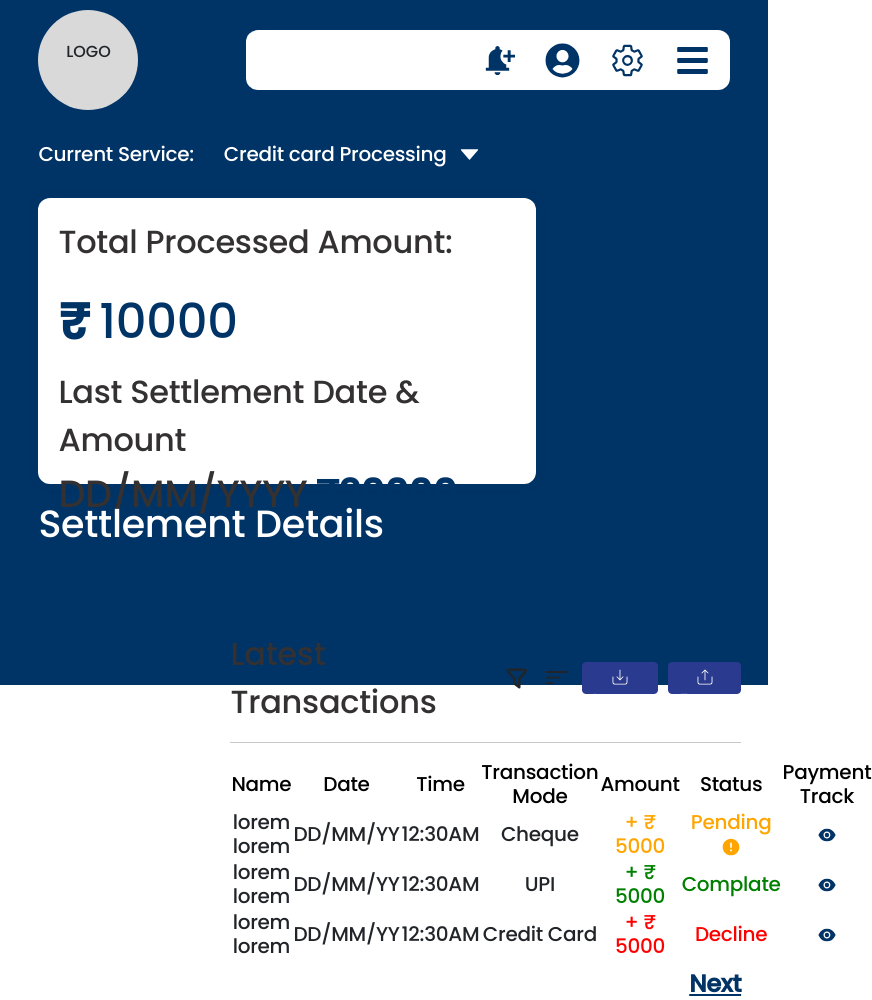
Repository: FlyweisReact/Prashant
Page: /dashboard
These files come from the project's save history. The page is drawn as it stood at one moment and after a run of saves; the edit follows.
The browser window is 768 px wide. The page is 872 px wide, so the pictures cover 872 px, including what lies to the right of the window. The pictures show the whole page.
Some web libraries are served in a nearby version. The project was rebuilt for these pictures with package versions that can differ from the ones it lists, and the page was loaded fresh each time. Also part of the build but not shown: src/Pages/CryptoPayment.jsx, src/Pages/CurrentCharge.jsx, src/Styles/Login.module.css, src/Components/Login/LoginFirstSection.jsx, src/Components/Login/LoginMainSection.jsx, src/Pages/Login.jsx, src/Pages/MatureFund.jsx, src/Pages/OpenBanking.jsx and 12 more.

Above is the page before, as saved 2023-03-23 18:30:43.

### public/index.html
<!DOCTYPE html>
<html lang="en">
  <head>
    <meta charset="utf-8" />
    <link rel="icon" href="%PUBLIC_URL%/favicon.ico" />
    <meta name="viewport" content="width=device-width, initial-scale=1" />
    <meta name="theme-color" content="#000000" />
    <meta
      name="description"
      content="Web site created using create-react-app"
    />
    <link rel="apple-touch-icon" href="%PUBLIC_URL%/logo192.png" />
    <link rel="manifest" href="%PUBLIC_URL%/manifest.json" />
    <title>React App</title>
  </head>
  <body>
    <noscript>You need to enable JavaScript to run this app.</noscript>
    <div id="root"></div>
  </body>
  <style>
    @import url("https://fonts.googleapis.com/css2?family=Lilita+One&family=PT+Sans&family=Poppins:wght@500&display=swap");
  </style>
  <script src="https://kit.fontawesome.com/b533b351e4.js" crossorigin="anonymous"></script>
</html>

### src/Routes/AllRoutes.jsx
import React from "react";
import { Route, Routes } from "react-router-dom";
import { CryptoPayment } from "../Pages/CryptoPayment";
import { CurrentCharge } from "../Pages/CurrentCharge";
import { Dashboard } from "../Pages/Dashboard";
import { Login } from "../Pages/Login";
import { MatureFund } from "../Pages/MatureFund";
import { OpenBanking } from "../Pages/OpenBanking";
import { OtpPage } from "../Pages/OtpPage";
import { Profile } from "../Pages/Profile";
import { RefundRequest } from "../Pages/RefundRequest";
import { Register } from "../Pages/Register";
import { RegisterTwo } from "../Pages/RegisterTwo";
import { RollingReserve } from "../Pages/RollingReserve";

export const AllRoutes = () => {
  return (
    <Routes>
      <Route path="/" element={<Login />} />
      <Route path="/verify-otp" element={<OtpPage />} />
      <Route path="/dashboard" element={<Dashboard />} />
      <Route path="/register" element={<Register />} />
      <Route path="/detail-register" element={<RegisterTwo />} />
      <Route path="/profile" element={<Profile />} />
      <Route path="/rolling-reserve" element={<RollingReserve />} />
      <Route path="/mature-fund" element={<MatureFund />} />
      <Route path="/refund-request" element={<RefundRequest />} />
      <Route path="/current-charge" element={<CurrentCharge />} />
      <Route path="open-banking-service" element={<OpenBanking />} />
      <Route path="/crypto-payment-proccessing" element={<CryptoPayment />} />
    </Routes>
  );
};

### src/Components/SideBar.jsx
import React from "react";
import { AiFillHome } from "react-icons/ai";
import { Link, useLocation } from "react-router-dom";
import styles from "../Styles/SideBar.module.css";
export const SideBar = () => {
  const { pathname } = useLocation();
  return (
    <div className={styles.SideBarMain}>
      <h1>Welcome Back</h1>
      <div>
        <div>
          <img
            src="https://th.bing.com/th/id/OIP.2i5UaEHaQM3PYAYXQyM1AAAAAA?pid=ImgDet&rs=1"
            alt="img"
          />
          <h1>Pooja Sharma</h1>
          <p>ID:#202031232</p>
          <div className={styles.TotalBudgetDiv}>
            <h1>&#x20b9;</h1>
            <h1>10000</h1>
          </div>
          <p>Monthly Budget</p>
        </div>
      </div>
      <div className={styles.LinkBox}>
        <Link to={"/dashboard"}>
          <div
            className={
              pathname === "/dashboard" ? styles.active : styles.unactive
            }
          >
            <AiFillHome size={25} />
            <p>Dashboard</p>
          </div>
        </Link>
        <Link to={"/rolling-reserve"}>
          <div
            className={
              pathname === "/rolling-reserve" ? styles.active : styles.unactive
            }
          >
            <p>Rolling Reserve</p>
          </div>
        </Link>
        <Link to={"/mature-fund"}>
          <div
            className={
              pathname === "/mature-fund" ? styles.active : styles.unactive
            }
          >
            <p>Mature Funds</p>
          </div>
        </Link>
        <Link to={"/refund-request"}>
          <div
            className={
              pathname === "/refund-request" ? styles.active : styles.unactive
            }
          >
            <p>Refund Request</p>
          </div>
        </Link>
        <Link to={"/current-charge"}>
          <div
            className={
              pathname === "/current-charge" ? styles.active : styles.unactive
            }
          >
            <p>Current Charge Back</p>
          </div>
        </Link>
      </div>
    </div>
  );
};

### src/Components/TotalAmountSection.jsx
import React from "react";
import styles from "../Styles/TotalAmountSection.module.css";
export const TotalAmountSection = () => {
  return (
    <div className={styles.MainDiv}>
      <h1>Total Processed Amount:</h1>
      <div className={styles.TotalBudgetDiv}>
        <h1>&#x20b9;</h1>
        <h1>10000</h1>
      </div>
      <h1>Last Settlement Date & Amount</h1>
      <div className={styles.DateSection}>
        <div>
          <p>DD/MM/YYYY</p>
          <h2>&#x20b9;{20000}</h2>
        </div>
      </div>
    </div>
  );
};

### src/Styles/Dashboard.module.css
/** @format */

.Main {
  width: 100%;
  height: 685px;
  background: #003466;
  position: relative;
}
.topDiv {
  width: 90%;
  margin: auto;
}
.logoSection {
  width: 100%;
  display: flex;
  align-items: center;
  justify-content: space-between;
}
.Logo {
  display: flex;
  cursor: pointer;
  justify-content: center;
  align-items: center;
  width: 135px;
  height: 135px;
  margin-top: 63px;
  background: #d9d9d9;
  border-radius: 50%;
}

.InfoPanel {
  margin-top: 63px;
  width: 85%;
  height: 129px;
  background: #ffffff;
  border-radius: 12px;
  display: flex;
  justify-content: flex-end;
  align-items: center;
}
.InfoPanel > div {
  display: flex;
  gap: 30px;
  margin: 20px;
}
.TotalAmountMainDiv {
  width: 100%;
  height: 500px;
  display: flex;
  justify-content: flex-end;
}
.TotalAmountMainDiv > div > p {
  font-family: "Poppins";
  font-style: normal;
  font-weight: 500;
  font-size: 38px;
  line-height: 60px;
  /* identical to box height */
  margin-top: 10px;
  letter-spacing: -0.28px;
  color: #ffffff;
}
.TotalAmountMainDiv > div {
  width: 72%;
  margin-top: 50px;
}
.TotalAmountMainDiv > div > div > p,
.TotalAmountMainDiv > div > div > div > p {
  font-family: "Poppins";
  font-style: normal;
  font-weight: 500;
  font-size: 32px;
  line-height: 48px;
  /* identical to box height */
  margin: 0;
  letter-spacing: -0.28px;

  color: #ffffff;
}
.TotalAmountMainDiv > div > div {
  display: flex;
  gap: 30px;
}
.TotalAmountMainDiv > div > div > div {
  display: flex;
  align-items: center;
  gap: 10px;
}
.TableMainSection {
  display: flex;
  justify-content: flex-end;
}
.TableMainSection > div {
  width: 70%;
}
.TableMainSection > div > div {
  width: 95%;
}
.TableTitle {
  display: flex;
  align-items: center;
  justify-content: space-between;
}
.TableTitle > h1 {
  font-family: "Poppins";
  font-style: normal;
  font-weight: 500;
  font-size: 32px;
  line-height: 48px;
  /* identical to box height */
  margin: 0;
  letter-spacing: -0.28px;

  color: #333131;
}
.TableTitle > div {
  display: flex;
  align-items: center;
  gap: 10px;
}
.TableTitle > div > button {
  /* width: 80px; */
  height: 32px;
  background: #2a3a8f;
  border: 1px solid #2a3a8f;
  border-radius: 4px;
  color: white;
  font-family: "Poppins";
  font-style: normal;
  font-weight: 400;
  font-size: 16px;
  cursor: pointer;
  line-height: 24px;
  /* margin: 0; */
}
.TableDiv {
  width: 100%;
}
.TableDiv > table {
  width: 100%;
}
.TableDiv > table tr th {
  text-align: center;

  font-family: "Poppins";
  font-style: normal;
  font-weight: 500;
  font-size: 20px;
  line-height: 24px;
  letter-spacing: -0.28px;

  color: #000000;
}
.TableDiv > table tr td {
  height: 40px;
  text-align: center;
  font-family: "Poppins";
  font-style: normal;
  font-weight: 400;
  font-size: 20px;
  line-height: 24px;
  letter-spacing: -0.28px;

  /* color: #272727; */
}
.pending {
  color: orange;
}
.decline {
  color: red;
}
.complate {
  color: green;
}
.NextLink {
  display: flex;
  justify-content: flex-end;
}
.NextLink > a {
  font-family: "Poppins";
  font-style: normal;
  font-weight: 600;
  font-size: 24px;
  line-height: 30px;
  /* identical to box height */
  margin-top: 10px;
  letter-spacing: -0.28px;
  text-decoration-line: underline;

  color: #003466;
}


@media (max-width: 780px) {
  .Logo {
    width: 100px;
    height: 100px;
    margin-top: 10px;
  }
  .InfoPanel{
    margin-top: 10px;
    width: 70%;
    height: 60px;
  }
  .TotalAmountMainDiv{
    display: block;
  }
  .TotalAmountMainDiv > div {
    width: 100%;
    margin-top: 20px;
  }
  .TotalAmountMainDiv > div > div > p,
.TotalAmountMainDiv > div > div > div > p{
  font-size: 20px;
}
}

### src/Components/CardProccessingModal.jsx
import React from "react";
import { MdOutlineClose } from "react-icons/md";
import { Link } from "react-router-dom";
import styles from "../Styles/CardProccessingModal.module.css";
export const CardProccessingModal = ({ OpenModal, HandleModal }) => {
  console.log(OpenModal);
  return (
    <div className={OpenModal ? styles.modalVisible : styles.modal}>
      <div className={styles.ModalMainDiv}>
        <MdOutlineClose
          onClick={() => HandleModal()}
          size={25}
          className={styles.CloseICon}
        />
        <div>
          <Link to={""}>Credit Card Processing</Link>
          <hr />
          <Link to={"/open-banking-service"}>Open Banking Service</Link>
          <hr />
          <Link to={"/crypto-payment-proccessing"}>
            Crypto payment processing
          </Link>
        </div>
      </div>
    </div>
  );
};

### src/Components/DeclineModal.jsx
import React from "react";
import { MdOutlineClose } from "react-icons/md";
import styles from "../Styles/DeclineModal.module.css";
import { IoMdCheckmarkCircle } from "react-icons/io";
import { RiErrorWarningFill } from "react-icons/ri";
import { BsCircleFill } from "react-icons/bs";
export const DeclineModal = ({ OpenModal, HandleModal }) => {
  return (
    <div className={OpenModal ? styles.modalVisible : styles.modal}>
      <div className={styles.ModalMainDiv}>
        <MdOutlineClose
          onClick={() => HandleModal()}
          size={25}
          className={styles.CloseICon}
        />
        <div>
          <h1>Payment Details</h1>
          <hr style={{ height: "4px", background: "white" }} />
          <div className={styles.paymentDetailMainDiv}>
            <div className={styles.PaymentDetails}>
              <div>
                <p>Transaction ID:</p>
                <p>545454545</p>
              </div>
              <div>
                <p>To:</p>
                <p>Loren loren Epsom ( Company Name)</p>
              </div>
              <div>
                <p>From:</p>
                <p>Loren loren Epsom (Merchant Company)</p>
              </div>
              <div>
                <p>Transaction Mode:</p>
                <p>Card</p>
              </div>
            </div>
            <div className={styles.paymentTimeline}>
              <p>Payment Timeline</p>
              <div>
                <div className={styles.VerticalLine}></div>
                <div className={styles.PaymentStatus}>
                  <IoMdCheckmarkCircle
                    size={25}
                    className={styles.Icons}
                    color="green"
                  />
                  <p>Payment Started</p>
                </div>
                <div className={styles.PaymentStatus}>
                  <RiErrorWarningFill
                    size={25}
                    className={styles.Icons}
                    color="red"
                  />
                  <p>Payment Failed To complete</p>
                </div>
                <div className={styles.PaymentStatus}>
                  <BsCircleFill
                    size={25}
                    className={styles.Icons}
                    color="white"
                  />
                  <p>Payment Successful</p>
                </div>
              </div>
              <hr />
              <div className={styles.ReasonsDiv}>
                <p>Reason:</p>
                <p> Account Coded (Credit Rating) </p>
              </div>
              <div className={styles.ReasonsDiv}>
                <p>Code:</p>
                <p> 505 </p>
              </div>
              <div className={styles.ReasonsDiv}>
                <p>Description:</p>
                <p>
                  {" "}
                  The account the customer used for the attempted transaction
                  has a negative credit rating.{" "}
                </p>
              </div>
            </div>
          </div>
        </div>
      </div>
    </div>
  );
};

### src/Styles/SideBar.module.css
.SideBarMain{
    position: absolute;
    width: 314px;
/* height: 789px; */
left: 25%px;
top: 35%;
background: #FFFFFF;
border: 1px solid #D9D9D9;
box-shadow: 0px 0px 4px rgba(0, 0, 0, 0.25);
border-radius: 12px;
padding: 10px;
}
.SideBarMain>h1{
    text-align: center;
    font-family: 'Poppins';
font-style: normal;
font-weight: 700;
font-size: 32px;
margin-top: 5px;
letter-spacing: -0.28px;
}
.SideBarMain>div{
    width: 100%;
    display: flex;
    align-items: center;
    justify-content: center;
}
.SideBarMain>div>div{
    text-align: center;
}
.SideBarMain>div>div>img{
    width: 120px;
height: 121px;
    border-radius: 50%;
}
.SideBarMain>div>div>h1{
    font-family: 'Poppins';
font-style: normal;
font-weight: 500;
font-size: 24px;
letter-spacing: -0.28px;
}
.SideBarMain>div>div>p{
    font-family: 'Poppins';
font-style: normal;
margin-top: -10px;
font-weight: 300;
font-size: 20px;
line-height: 30px;
letter-spacing: -0.28px;
color: rgba(0, 0, 0, 0.5);
}
.TotalBudgetDiv{
    display: flex;
    align-items: center;
    gap: 20px;
    margin: 15px;
}
.TotalBudgetDiv>h1:first-child{
    font-family: 'Poppins';
font-style: normal;
font-weight: 700;
font-size: 48px;
line-height: 72px;
letter-spacing: -0.28px;
}
.TotalBudgetDiv>h1{
    font-family: 'Poppins';
    font-style: normal;
    font-weight: 500;
    font-size: 48px;
    line-height: 72px;
    margin: 0;
    letter-spacing: -0.28px;
}
.LinkBox{
    display: flex;
    flex-direction: column;
    margin-top: 20px;
}
.LinkBox>a{
    text-decoration: none;
}
.active{
    width: 250px;
    height: 65px;
    padding-left: 10px;
    padding-right: 10px;
    background: #003466;
    box-shadow: 0px 0px 32px 4px rgba(0, 52, 102, 0.25);
    border-radius: 12px;
    display: flex;
    color: white;
    justify-content: center;
    align-items: center;
    gap: 5px;

}
.unactive{
    width: 250px;
    height: 65px;
    display: flex;

    color:#003466;
    justify-content: center;
    align-items: center;
    gap: 5px;
}
.unactive,.active >p{
    font-family: 'Poppins';
font-style: normal;
font-weight: 500;
font-size: 24px;
line-height: 36px;
letter-spacing: -0.28px;
}

@media (max-width:780px) {
    .SideBarMain{
        display: none;
    }

}

### src/Styles/TotalAmountSection.module.css
.MainDiv{
    display:flex;
    flex-direction: column;
    margin-top: 20px;
    width: 72%;
height: 286px;
background: #FFFFFF;
box-shadow: 0px 0px 10px rgba(0, 52, 102, 0.3);
border-radius: 12px;
}
.MainDiv>h1{
    font-family: 'Poppins';
    font-style: normal;
    font-weight: 500;
    font-size: 32px;
    line-height: 48px;
    letter-spacing: -0.28px;
    color: #333131;
    margin: 20px;
}
.TotalBudgetDiv{
    display: flex;
    align-items: center;
    gap: 30px;
    margin-left: 20px;
  margin-top: -30px;
  margin-bottom: -40px;
}
.TotalBudgetDiv>h1:first-child{
    font-family: 'Poppins';
font-style: normal;
font-weight: 700;
margin: 0;
font-size: 50px;
line-height: 72px;
letter-spacing: -0.28px;
color: #003466;
}
.TotalBudgetDiv>h1{
    font-family: 'Poppins';
    font-style: normal;
    font-weight: 500;
    font-size: 48px;
    line-height: 72px;
    margin: 0;
    letter-spacing: -0.28px;
    color: #003466;
}
.DateSection>div{
    width: 80%;
    margin-top: -50px;
    /* background-color: rebeccapurple; */
    display: flex;
    justify-content: space-between;
    align-items: center;
    margin-left: 20px;
}
.DateSection>div>p{
   font-family: 'Poppins';
font-style: normal;
font-weight: 500;
font-size: 38px;
line-height: 60px;
/* identical to box height */
margin: 0;
letter-spacing: -0.28px;
color: #333131;
}
.DateSection>div>h2{
    margin: 0;
    font-family: 'Poppins';
font-style: normal;
font-weight: 600;
font-size: 38px;
line-height: 60px;
letter-spacing: -0.28px;
color: #003466;
}

### src/Styles/CardProccessingModal.module.css
.modal{
    display: none;
  position: fixed;
  z-index: 1;
  left: 0%;
  top: 0;
  width: 100%;
  height: 100%;
  overflow: auto;
  background-color: rgb(0,0,0);
  background-color: rgba(0,0,0,0.4);
}
.modalVisible{
    display :block;
    position: fixed;
    z-index: 1;
    left: 0%;
    top: 0;
    width: 100%;
    height: 100%;
    /* margin-bottom: 20px; */
    overflow: auto;
    background-color: rgb(0,0,0);
    background-color: rgba(0,0,0,0.4);
}
.CloseICon{
    position: absolute;
    right: 3%;
    top: 5%;
    cursor: pointer;
}
.MainTitle{
    display: flex;
    border: 1px solid blue;
}
.ModalMainDiv{
    position:absolute;
    margin: auto;
    /* width: 435px; */
height: 221px;
background: #FFFFFF;
border-radius: 4px;

    top: 38%;
    left: 60%;

}
.ModalMainDiv>div{
    margin: 30px;
}
.ModalMainDiv>div>a{
    text-decoration: none;
    height: 50px;
    font-family: 'Poppins';
font-style: normal;
font-weight: 500;
font-size: 32px;
line-height: 40px;
letter-spacing: -0.28px;

color: #333333;
}

### src/Styles/PaymentPendingModal.module.css
.modal{
    display: none;
  position: fixed;
  z-index: 1;
  left: 0%;
  top: 0;
  width: 100%;
  height: 100%;
  overflow: auto;
  background-color: rgb(0,0,0);
  background-color: rgba(0,0,0,0.4);
}
.modalVisible{
    display :block;
    position: fixed;
    z-index: 1;
    left: 0%;
    top: 0;
    width: 100%;
    height: 100%;
    /* margin-bottom: 20px; */
    overflow: auto;
    background-color: rgb(0,0,0);
    background-color: rgba(0,0,0,0.4);
}
.CloseICon{
    position: absolute;
    right: 3%;
    top: 3%;
    cursor: pointer;
    color: white;
}
.MainTitle{
    display: flex;
    border: 1px solid blue;
}
.ModalMainDiv{
    position:absolute;
    margin: auto;
width: 980px;
/* height: 681px; */
left: 20%;
top: 8%;

background: #003466;


}
.ModalMainDiv>div{
    margin: 30px;
}
.ModalMainDiv>div>h1{
    font-family: 'Poppins';
    font-style: normal;
    font-weight: 600;
    font-size: 24px;
    line-height: 29px;
    letter-spacing: -0.28px;
    color: #FFFFFF;
}
.paymentDetailMainDiv{
    display: flex;
    gap: 20px;
    margin-top: 20px;
}
.paymentDetailMainDiv>div:first-child{
    width: 50%;
/* height: 426px; */
background: #FFFFFF;
border: 1px solid #D9D9D9;
box-shadow: 0px 0px 4px rgba(0, 0, 0, 0.25);
border-radius: 20px;
}
.paymentDetailMainDiv>div{
    width: 50%;
}

.PaymentDetails>div{
    margin:20px;
    margin-top: 0;
    margin-bottom: 30px;
}

.PaymentDetails>div>p{
    font-family: 'Poppins';
font-style: normal;
margin: 10;
font-weight: 500;
font-size: 20px;
line-height: 24px;
letter-spacing: -0.28px;
color: #003466;
}
.PaymentDetails>div>p:first-child{
    font-weight: 600;
}
.paymentTimeline>p{
    font-family: 'Poppins';
    font-style: normal;
    font-weight: 500;
    font-size: 20px;
    line-height: 24px;
    letter-spacing: -0.28px;
    margin: 0;
    color: #FFFFFF;
}
.paymentTimeline>div{
    position: relative;
}
.PaymentStatus{
    display: flex;
    align-items: center;
    gap: 20px;
}
.PaymentStatus>p{
    font-family: 'Poppins';
font-style: normal;
font-weight: 400;
font-size: 20px;
line-height: 24px;
letter-spacing: -0.28px;
margin-left: 40px;
color: #FFFFFF;
}
.VerticalLine{
    position: absolute;
    border-left:2px dotted white;
    left:3%;
    top: 18%;
    height:130px;
}
.Icons{
    position: absolute;
    left: 0;
}
.ReasonsDiv{
    display: flex;
    gap: 30px;
    margin: 10px;
}

.ReasonsDiv>p:first-child{
    width: 30%;
    font-family: 'Poppins';
    font-style: normal;
    font-weight: 500;
    font-size: 20px;
    line-height: 24px;
    letter-spacing: -0.28px;

    color: #FFFFFF;
    margin: 0;
}
.ReasonsDiv>p:last-child{
    width: 70%;
    font-family: 'Poppins';
    font-style: normal;
    font-weight: 400;
    font-size: 20px;
    line-height: 24px;
    letter-spacing: -0.28px;
    margin: 0;
    color: #FFFFFF;
}
.Note{
    margin-top: 20px;
    width: 128px;
    display: flex;
    justify-content: center;
    align-items: center;
height: 38px;
background: #FFFFFF;
border-radius: 19px;
font-family: 'Poppins';
font-style: normal;
font-weight: 600;
font-size: 24px;
line-height: 29px;
/* identical to box height */

letter-spacing: -0.28px;

color: #003466;

}
.NotesPara{
    width: 100%;
    font-family: 'Poppins';
font-style: normal;
font-weight: 500;
font-size: 19px;
line-height: 24px;
letter-spacing: -0.28px;
color: #FFFFFF;
}

### src/Styles/DeclineModal.module.css
.modal{
    display: none;
  position: fixed;
  z-index: 1;
  left: 0%;
  top: 0;
  width: 100%;
  height: 100%;
  overflow: auto;
  background-color: rgb(0,0,0);
  background-color: rgba(0,0,0,0.4);
}
.modalVisible{
    display :block;
    position: fixed;
    z-index: 1;
    left: 0%;
    top: 0;
    width: 100%;
    height: 100%;
    /* margin-bottom: 20px; */
    overflow: auto;
    background-color: rgb(0,0,0);
    background-color: rgba(0,0,0,0.4);
}
.CloseICon{
    position: absolute;
    right: 3%;
    top: 3%;
    cursor: pointer;
    color: white;
}
.MainTitle{
    display: flex;
    border: 1px solid blue;
}
.ModalMainDiv{
    position:absolute;
    margin: auto;
width: 980px;

left: 20%;
top: 8%;

background: #003466;


}
.ModalMainDiv>div{
    margin: 30px;
}
.ModalMainDiv>div>h1{
    font-family: 'Poppins';
    font-style: normal;
    font-weight: 600;
    font-size: 24px;
    line-height: 29px;
    letter-spacing: -0.28px;
    color: #FFFFFF;
}
.paymentDetailMainDiv{
    display: flex;
    gap: 20px;
    margin-top: 20px;
}
.paymentDetailMainDiv>div:first-child{
    width: 50%;
/* height: 426px; */
background: #FFFFFF;
border: 1px solid #D9D9D9;
box-shadow: 0px 0px 4px rgba(0, 0, 0, 0.25);
border-radius: 20px;
}
.paymentDetailMainDiv>div{
    width: 50%;
}

.PaymentDetails>div{
    margin:20px;
    margin-top: 0;
    margin-bottom: 30px;
}

.PaymentDetails>div>p{
    font-family: 'Poppins';
font-style: normal;
margin: 10;
font-weight: 500;
font-size: 20px;
line-height: 24px;
letter-spacing: -0.28px;
color: #003466;
}
.PaymentDetails>div>p:first-child{
    font-weight: 600;
}
.paymentTimeline>p{
    font-family: 'Poppins';
    font-style: normal;
    font-weight: 500;
    font-size: 20px;
    line-height: 24px;
    letter-spacing: -0.28px;
    margin: 0;
    color: #FFFFFF;
}
.paymentTimeline>div{
    position: relative;
}
.PaymentStatus{
    display: flex;
    align-items: center;
    gap: 20px;
}
.PaymentStatus>p{
    font-family: 'Poppins';
font-style: normal;
font-weight: 400;
font-size: 20px;
line-height: 24px;
letter-spacing: -0.28px;
margin-left: 40px;
color: #FFFFFF;
}
.VerticalLine{
    position: absolute;
    border-left:2px dotted white;
    left:3%;
    top: 18%;
    height:130px;
}
.Icons{
    position: absolute;
    left: 0;
}
.ReasonsDiv{
    display: flex;
    gap: 30px;
    margin: 10px;
}

.ReasonsDiv>p:first-child{
    width: 30%;
    font-family: 'Poppins';
    font-style: normal;
    font-weight: 500;
    font-size: 20px;
    line-height: 24px;
    letter-spacing: -0.28px;

    color: #FFFFFF;
    margin: 0;
}
.ReasonsDiv>p:last-child{
    width: 70%;
    font-family: 'Poppins';
    font-style: normal;
    font-weight: 400;
    font-size: 20px;
    line-height: 24px;
    letter-spacing: -0.28px;
    margin: 0;
    color: #FFFFFF;
}
.Note{
    margin-top: 20px;
    width: 128px;
    display: flex;
    justify-content: center;
    align-items: center;
height: 38px;
background: #FFFFFF;
border-radius: 19px;
font-family: 'Poppins';
font-style: normal;
font-weight: 600;
font-size: 24px;
line-height: 29px;
/* identical to box height */

letter-spacing: -0.28px;

color: #003466;

}
.NotesPara{
    width: 100%;
    font-family: 'Poppins';
font-style: normal;
font-weight: 500;
font-size: 19px;
line-height: 24px;
letter-spacing: -0.28px;
color: #FFFFFF;
}

Loaded but not shown: src/index.css (common file); src/reportWebVitals.js (common file); src/index.js (18 lines, source omitted); src/App.js (13 lines, source omitted); src/Components/Dashboard/UserInfoPopUp.jsx (216 lines, source omitted); src/Pages/Dashboard.jsx (184 lines, source omitted); src/App.css (328 lines, source omitted); src/Components/PaymentPendingModal.jsx (96 lines, source omitted)

After the next 3 saves:
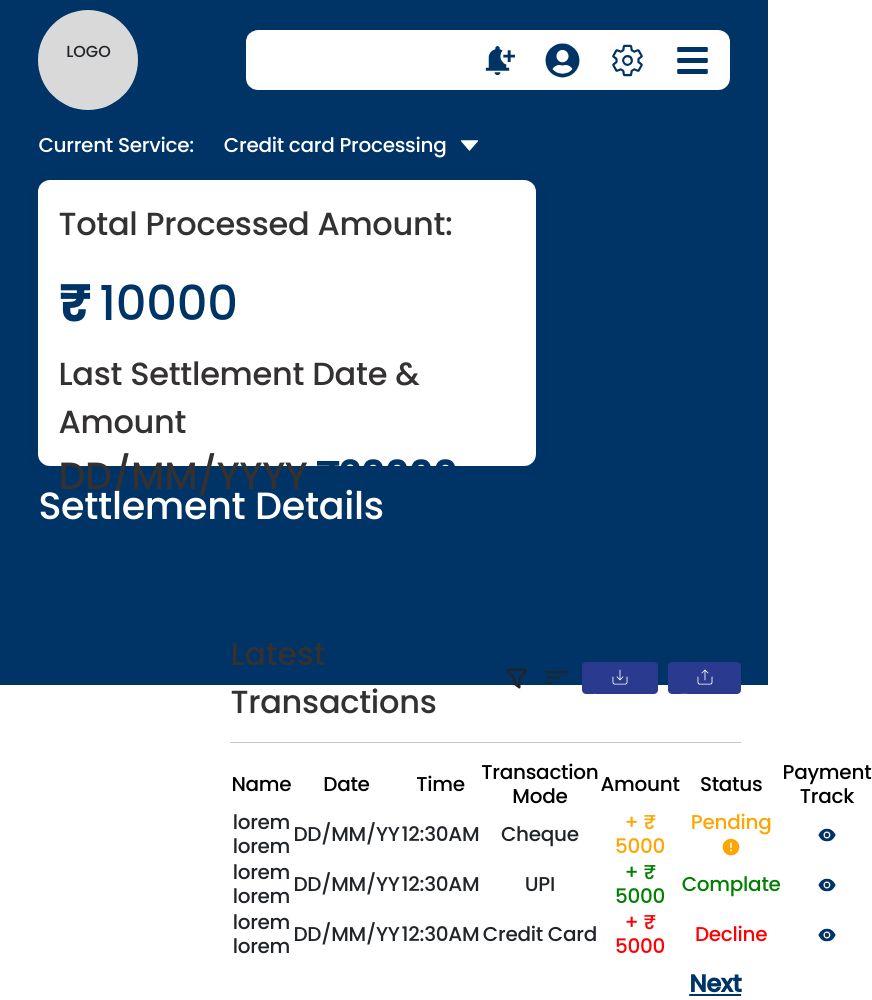
The 3 saves are shown as one change because they came seconds apart.
The last was saved 21 s later.
--- a/src/Styles/Dashboard.module.css
+++ b/src/Styles/Dashboard.module.css
@@ -212,5 +212,6 @@
   .TotalAmountMainDiv > div > div > p,
 .TotalAmountMainDiv > div > div > div > p{
   font-size: 20px;
-}
-}
+  line-height: normal;
+}
+}
